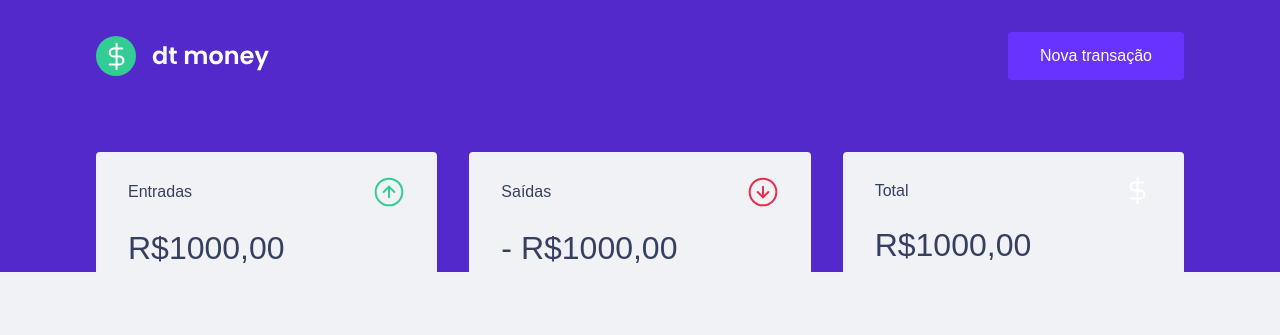
Repository: joaovnogueira/dtmoney
Page: /
The author's editor kept a copy of each file at every save. The page is drawn from the files as they stood at one save, then again after the next save.
The browser window is 1280 px wide. The pictures show the whole page.
The project was rebuilt for these pictures with package versions that can differ from the ones it lists, and the page was loaded fresh each time.

Above is the page before, as saved 2022-06-21 14:43:49.

### src/index.tsx
import React from 'react';
import ReactDOM from 'react-dom/client';
import { App }  from './App';

const root = ReactDOM.createRoot(
  document.getElementById('root') as HTMLElement
);
root.render(
  <React.StrictMode>
    <App />
  </React.StrictMode>
);

### src/App.tsx
import { GlobalStyle } from "./assets/styles/global";
import { Dashboard } from "./components/dashboard";
import { Header } from "./components/header";

export function App() {
  return (
      <>
        <GlobalStyle/>
        <Header/>
        <Dashboard/>
      </>

  );
}

### src/assets/styles/global.ts
import { createGlobalStyle } from "styled-components";

export const GlobalStyle = createGlobalStyle`
    :root {
        --red: #E62E4D;
        --blue: #5429CC;
        --blue-light: #6933FF;
        -green: #33CC95;

        --text-title: #363F5F;
        --text-body: #969CB3;
        --shape: #FFFFFF;
        --background: #F0F2F5;
    }
    *{
        margin: 0;
        padding: 0;
        box-sizing: border-box;
    }

    html {
        @media (max-width: 1080px) {
            font-size: 93.75%; // 15px
        }
        @media (max-width: 720px) {
            font-size: 87.5%; // 14px
        }
    }

    //REM = 1rem = 16px (tamanho da fonte)

    body{
        background-color: var(--background);
        -webkit-font-smoothing: antialiased;
    }

    body, input, textarea, button {
        font-family: 'Poppins', sans-serif;
        font-weight: 400;
    }

    h1, h2, h3, h4, h5, h6, strong {
        font-weight: 600;
    }
    button {
        cursor: pointer;
    }
    [disabled] {
        opacity: 0.6;
        cursor: not-allowed;
    }

`

### src/components/dashboard/index.tsx
import { Summary } from "../summary";
import { Container } from "./styles";

export function Dashboard (){
    return (
        <Container>
            <Summary />
        </Container>
    );
}

### src/components/header/index.tsx
import logoImg from '../../assets/logo.svg'
import { Container, Content } from './styles'

export function Header (){
    return(
        <Container>
            <Content>
                <img src={logoImg} alt="dtmoney" />
                <button type="button">
                    Nova transação
                </button>
            </Content>
        </Container>
    );
}

### src/components/summary/index.tsx
import { Container } from "./styles";
import incomeImg from '../../assets/income.svg';
import outcomeImg from '../../assets/outcome.svg';
import totalImg from '../../assets/total.svg'

export function Summary(){
    return(
        <Container>
            <div>
                <header>
                    <p>Entradas</p>
                    <img src={incomeImg} alt="Entradas" />
                </header>
                <strong>R$1000,00</strong>
            </div>
            <div>
                <header>
                    <p>Saídas</p>
                    <img src={outcomeImg} alt="Saídas" />
                </header>
                <strong>- R$1000,00</strong>
            </div>
            <div>
                <header>
                    <p>Total</p>
                    <img src={totalImg} alt="Total" />
                </header>
                <strong>R$1000,00</strong>
            </div>
        </Container>
    );
}

### src/components/dashboard/styles.ts
import styled from 'styled-components'

export const Container = styled.main`
    max-width: 1120px;
    margin: 0 auto;
    padding: 2.5rem 1rem;
`;

### src/components/header/styles.ts
import styled from 'styled-components'

export const Container = styled.header`
    background: var(--blue);
`

export const Content = styled.div`
    max-width: 1120px;
    margin: 0 auto;
    padding: 2rem 1rem 12rem;
    display: flex;
    align-items: center;
    justify-content: space-between;

    button {
        font-size: 1rem;
        color: #FFF;
        background: var(--blue-light);
        border: 0;
        padding: 0 2rem;
        border-radius: 0.25rem;
        height: 3rem;

        transition: filter 0.2s;

        &:hover{
            filter: brightness(0.9);
        }
    }
`

### src/components/summary/styles.ts
import styled from 'styled-components'

export const Container = styled.div`
    display: grid;
    grid-template-columns: repeat(3,1fr);
    gap: 2rem;
    margin-top: -10rem;

    div {
        background: var(--background);
        padding: 1.5rem 2rem;
        border-radius: 0.25rem;
        color: var(--text-title);

        header{
            display: flex;
            align-items: center;
            justify-content: space-between;
        }

        strong {
            display: block;
            margin-top: 1rem;
            font-size: 2rem;
            font-weight: 500;
            line-height: 3rem;
        }

    }
`;

After the next save:
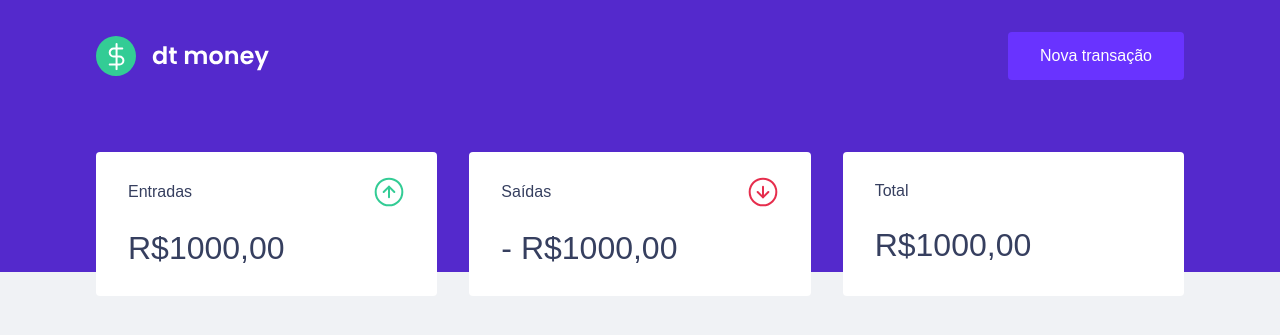
Saved 33 s later.
--- a/src/components/summary/styles.ts
+++ b/src/components/summary/styles.ts
@@ -7,7 +7,7 @@ export const Container = styled.div`
     margin-top: -10rem;
 
     div {
-        background: var(--background);
+        background: var(--shape);
         padding: 1.5rem 2rem;
         border-radius: 0.25rem;
         color: var(--text-title);
